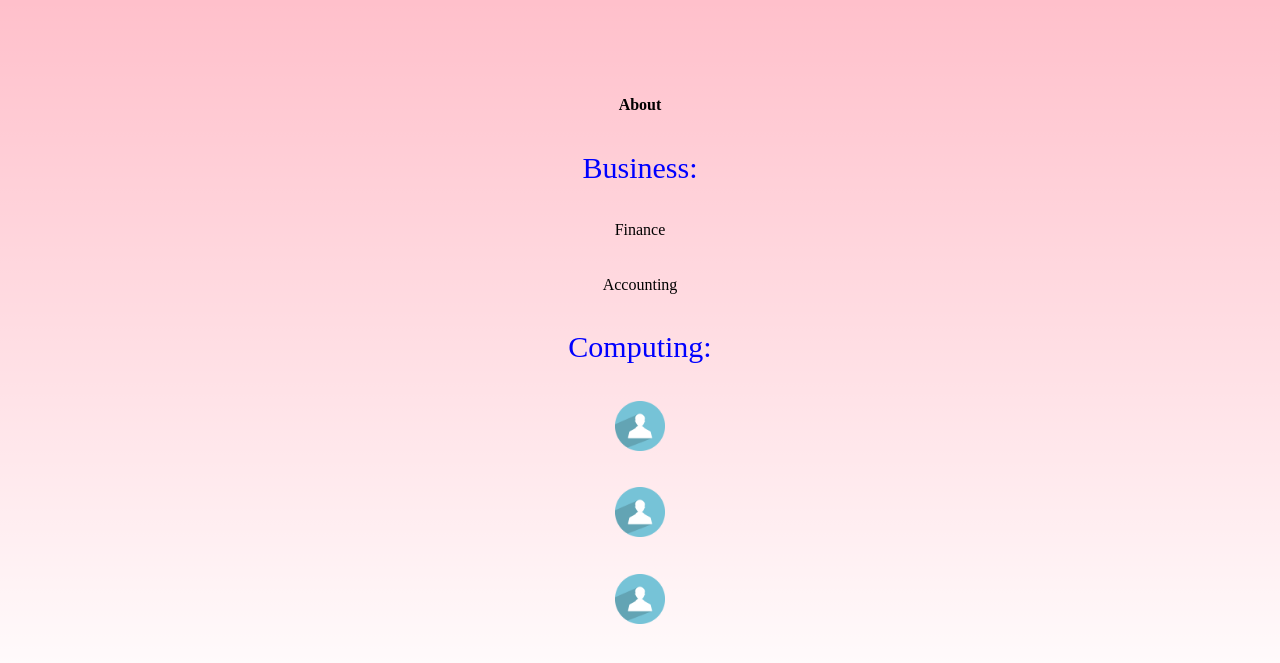
Repository: anoncoderin/madhu-assignment3
Page: /
The author's editor kept a copy of each file at every save. The page is drawn from the files as they stood at one save, then again after the next save.
The browser window is 1280 px wide. The pictures show the whole page.
The project was rebuilt for these pictures with package versions that can differ from the ones it lists, and the page was loaded fresh each time. The framework's server and built-in components were replaced by stand-ins that run in the browser. Also part of the build but not shown: next.config.js.

Above is the page before, as saved 2023-01-21 10:58:36.

### pages/index.js
import Head from 'next/head'
import Image from 'next/image'
import { Inter } from '@next/font/google'
import styles from '@/styles/Home.module.css'
import { useState } from 'react'
import data from '../data/education.json'
import Link from 'next/link'
import Card from '../components/Card'

export default function Home() {
  console.log(data);
  const [information, setInformation] = useState([...data])
  return (
    <>
      <Head>

      </Head>
      <main className={styles.main}>

        <p>
          <Link href="about"><b>About</b></Link>
        </p>

      <div className={styles.heading}>Business:</div>
      {
        information && information.map((info, index)=>{
          if(info.department === "Business"){
            return(
              <div key={index}> {info.degree}</div>
            )
          }
        })
      }
      <div className={styles.heading}>Computing:</div>
      {
        information && information.map((info, index)=>{
          if(info.department === "Computing"){
            return(
              <Card key={index} degree={info.degree}></Card>
            )
          }
        })
      }

      </main>
    </>
  )
}

### styles/globals.css
:root {
  --max-width: 1100px;
  --border-radius: 12px;
  --font-mono: ui-monospace, Menlo, Monaco, 'Cascadia Mono', 'Segoe UI Mono',
    'Roboto Mono', 'Oxygen Mono', 'Ubuntu Monospace', 'Source Code Pro',
    'Fira Mono', 'Droid Sans Mono', 'Courier New', monospace;

  --foreground-rgb: 0, 0, 0;
  --background-start-rgb: 255, 192, 203;
  --background-end-rgb: 255, 255, 255;

  --primary-glow: conic-gradient(
    from 180deg at 50% 50%,
    hsla(78, 61%, 87%, 0.2) 0deg,
    #0885ff33 55deg,
    #54d6ff33 120deg,
    #0071ff33 160deg,
    transparent 360deg
  );
  --secondary-glow: radial-gradient(
    rgba(255, 255, 255, 1),
    rgba(255, 255, 255, 0)
  );

  --tile-start-rgb: 239, 245, 249;
  --tile-end-rgb: 228, 232, 233;
  --tile-border: conic-gradient(
    #00000080,
    #00000040,
    #00000030,
    #00000020,
    #00000010,
    #00000010,
    #00000080
  );

  --callout-rgb: 238, 240, 241;
  --callout-border-rgb: 172, 175, 176;
  --card-rgb: 180, 185, 188;
  --card-border-rgb: 131, 134, 135;
}

@media (prefers-color-scheme: dark) {
  :root {
    --foreground-rgb: 255, 255, 255;
    --background-start-rgb: 0, 0, 0;
    --background-end-rgb: 0, 0, 0;

    --primary-glow: radial-gradient(rgba(1, 65, 255, 0.4), rgba(1, 65, 255, 0));
    --secondary-glow: linear-gradient(
      to bottom right,
      rgba(1, 65, 255, 0),
      rgba(1, 65, 255, 0),
      rgba(1, 65, 255, 0.3)
    );

    --tile-start-rgb: 2, 13, 46;
    --tile-end-rgb: 2, 5, 19;
    --tile-border: conic-gradient(
      #ffffff80,
      #ffffff40,
      #ffffff30,
      #ffffff20,
      #ffffff10,
      #ffffff10,
      #ffffff80
    );

    --callout-rgb: 20, 20, 20;
    --callout-border-rgb: 108, 108, 108;
    --card-rgb: 100, 100, 100;
    --card-border-rgb: 200, 200, 200;
  }
}

* {
  box-sizing: border-box;
  padding: 0;
  margin: 0;
}

html,
body {
  max-width: 100vw;
  overflow-x: hidden;
}

body {
  color: rgb(var(--foreground-rgb));
  background: linear-gradient(
      to bottom,
      transparent,
      rgb(var(--background-end-rgb))
    )
    rgb(var(--background-start-rgb));
}

a {
  color: inherit;
  text-decoration: none;
}

@media (prefers-color-scheme: dark) {
  html {
    color-scheme: dark;
  }
}

### styles/Home.module.css
.main {
  display: flex;
  flex-direction: column;
  justify-content: space-between;
  align-items: center;
  padding: 6rem;
  min-height: 100vh;
}

.heading{
  color: blue;
  font-size: 30px;
}

.degree{
  display: flex;
  flex-direction: column;

  gap: 5px;
}

.description {
  display: inherit;
  justify-content: inherit;
  align-items: inherit;
  font-size: 0.85rem;
  max-width: var(--max-width);
  width: 100%;
  z-index: 2;
  font-family: var(--font-mono);
}

.description a {
  display: flex;
  justify-content: center;
  align-items: center;
  gap: 0.5rem;
}

.description p {
  position: relative;
  margin: 0;
  padding: 1rem;
  background-color: rgba(var(--callout-rgb), 0.5);
  border: 1px solid rgba(var(--callout-border-rgb), 0.3);
  border-radius: var(--border-radius);
}

.code {
  font-weight: 700;
  font-family: var(--font-mono);
}

.grid {
  display: grid;
  grid-template-columns: repeat(4, minmax(25%, auto));
  width: var(--max-width);
  max-width: 100%;
}

.card {
  padding: 1rem 1.2rem;
  border-radius: var(--border-radius);
  background: rgba(var(--card-rgb), 0);
  border: 1px solid rgba(var(--card-border-rgb), 0);
  transition: background 200ms, border 200ms;
}

.card span {
  display: inline-block;
  transition: transform 200ms;
}

.card h2 {
  font-weight: 600;
  margin-bottom: 0.7rem;
}

.card p {
  margin: 0;
  opacity: 0.6;
  font-size: 0.9rem;
  line-height: 1.5;
  max-width: 30ch;
}

.center {
  display: flex;
  justify-content: center;
  align-items: center;
  position: relative;
  padding: 4rem 0;
}

.center::before {
  background: var(--secondary-glow);
  border-radius: 50%;
  width: 480px;
  height: 360px;
  margin-left: -400px;
}

.center::after {
  background: var(--primary-glow);
  width: 240px;
  height: 180px;
  z-index: -1;
}

.center::before,
.center::after {
  content: '';
  left: 50%;
  position: absolute;
  filter: blur(45px);
  transform: translateZ(0);
}

.logo,
.thirteen {
  position: relative;
}

.thirteen {
  display: flex;
  justify-content: center;
  align-items: center;
  width: 75px;
  height: 75px;
  padding: 25px 10px;
  margin-left: 16px;
  transform: translateZ(0);
  border-radius: var(--border-radius);
  overflow: hidden;
  box-shadow: 0px 2px 8px -1px #0000001a;
}

.thirteen::before,
.thirteen::after {
  content: '';
  position: absolute;
  z-index: -1;
}

/* Conic Gradient Animation */
.thirteen::before {
  animation: 6s rotate linear infinite;
  width: 200%;
  height: 200%;
  background: var(--tile-border);
}

/* Inner Square */
.thirteen::after {
  inset: 0;
  padding: 1px;
  border-radius: var(--border-radius);
  background: linear-gradient(
    to bottom right,
    rgba(var(--tile-start-rgb), 1),
    rgba(var(--tile-end-rgb), 1)
  );
  background-clip: content-box;
}

/* Enable hover only on non-touch devices */
@media (hover: hover) and (pointer: fine) {
  .card:hover {
    background: rgba(var(--card-rgb), 0.1);
    border: 1px solid rgba(var(--card-border-rgb), 0.15);
  }

  .card:hover span {
    transform: translateX(4px);
  }
}

@media (prefers-reduced-motion) {
  .thirteen::before {
    animation: none;
  }

  .card:hover span {
    transform: none;
  }
}

/* Mobile */
@media (max-width: 700px) {
  .content {
    padding: 4rem;
  }

  .grid {
    grid-template-columns: 1fr;
    margin-bottom: 120px;
    max-width: 320px;
    text-align: center;
  }

  .card {
    padding: 1rem 2.5rem;
  }

  .card h2 {
    margin-bottom: 0.5rem;
  }

  .center {
    padding: 8rem 0 6rem;
  }

  .center::before {
    transform: none;
    height: 300px;
  }

  .description {
    font-size: 0.8rem;
  }

  .description a {
    padding: 1rem;
  }

  .description p,
  .description div {
    display: flex;
    justify-content: center;
    position: fixed;
    width: 100%;
  }

  .description p {
    align-items: center;
    inset: 0 0 auto;
    padding: 2rem 1rem 1.4rem;
    border-radius: 0;
    border: none;
    border-bottom: 1px solid rgba(var(--callout-border-rgb), 0.25);
    background: linear-gradient(
      to bottom,
      rgba(var(--background-start-rgb), 1),
      rgba(var(--callout-rgb), 0.5)
    );
    background-clip: padding-box;
    backdrop-filter: blur(24px);
  }

  .description div {
    align-items: flex-end;
    pointer-events: none;
    inset: auto 0 0;
    padding: 2rem;
    height: 200px;
    background: linear-gradient(
      to bottom,
      transparent 0%,
      rgb(var(--background-end-rgb)) 40%
    );
    z-index: 1;
  }
}

/* Tablet and Smaller Desktop */
@media (min-width: 701px) and (max-width: 1120px) {
  .grid {
    grid-template-columns: repeat(2, 50%);
  }
}

@media (prefers-color-scheme: dark) {
  .vercelLogo {
    filter: invert(1);
  }

  .logo,
  .thirteen img {
    filter: invert(1) drop-shadow(0 0 0.3rem #ffffff70);
  }
}

@keyframes rotate {
  from {
    transform: rotate(360deg);
  }
  to {
    transform: rotate(0deg);
  }
}

### data/education.json
[
        {
            "studentNumber": "A0004567",
            "firstName": "Person 1",
            "gpa": 3.8,
            "department": "Business",
            "degree": "Finance",
            "graduted": 2014
        },
        {
            "studentNumber": "A0001234",
            "firstName": "Person 2",
            "gpa": 3.5,
            "department": "Business",
            "degree": "Accounting",
            "graduted": 2010
        },
        {
            "studentNumber": "A0007890",
            "firstName": "Person 3",
            "gpa": 3.2,
            "department": "Computing",
            "degree": "Applied Software Development Certificate",
            "graduted": 2018
        },
        {
            "studentNumber": "A0007828",
            "firstName": "Person 4",
            "gpa": 3.9,
            "department": "Computing",
            "degree": "Computer Systems Diploma",
            "graduted": 2021
        },
        {
            "studentNumber": "A0003425",
            "firstName": "Person 5",
            "gpa": 3.2,
            "department": "Computing",
            "degree": "Applied Computer Information Systems Certificate",
            "graduted": 2021
        }

]

### components/Card/index.js
export default function Card(
    {
        degree="none",
        color="purple",
        font=0,
        image='icon/personTwo.png'
    }
){
    return(
        <div style={{backgroundcolor:color, fontSize:font}}>
            <img src={'icon/person.png'} width="50px"></img>
           <p> {degree}
            {degree}</p>
        </div>
    )
}

Loaded but not shown: pages/_app.js (common file); pages/_document.js (common file)

After the next save:
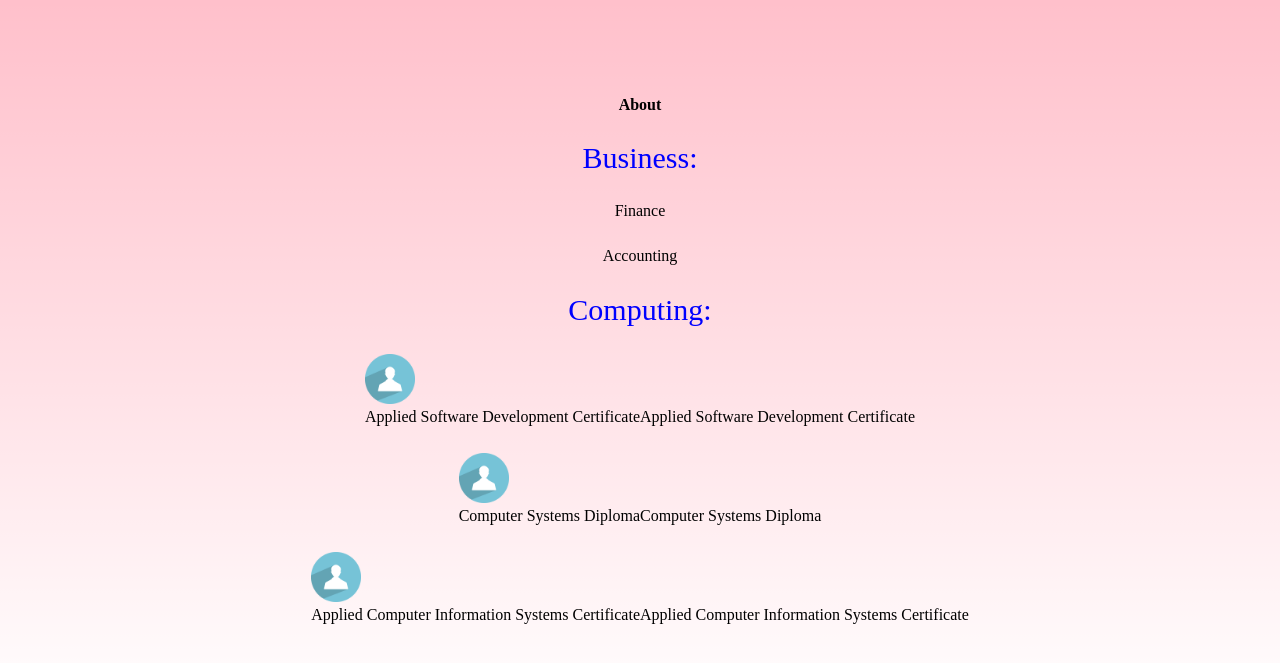
Saved 3 min 12 s later.
--- a/components/Card/index.js
+++ b/components/Card/index.js
@@ -7,7 +7,7 @@
     }
 ){
     return(
-        <div style={{backgroundcolor:color, fontSize:font}}>
+        <div classNamestyle={{backgroundcolor:color, fontSize:font}}>
             <img src={'icon/person.png'} width="50px"></img>
            <p> {degree}
             {degree}</p>

After the save that followed:
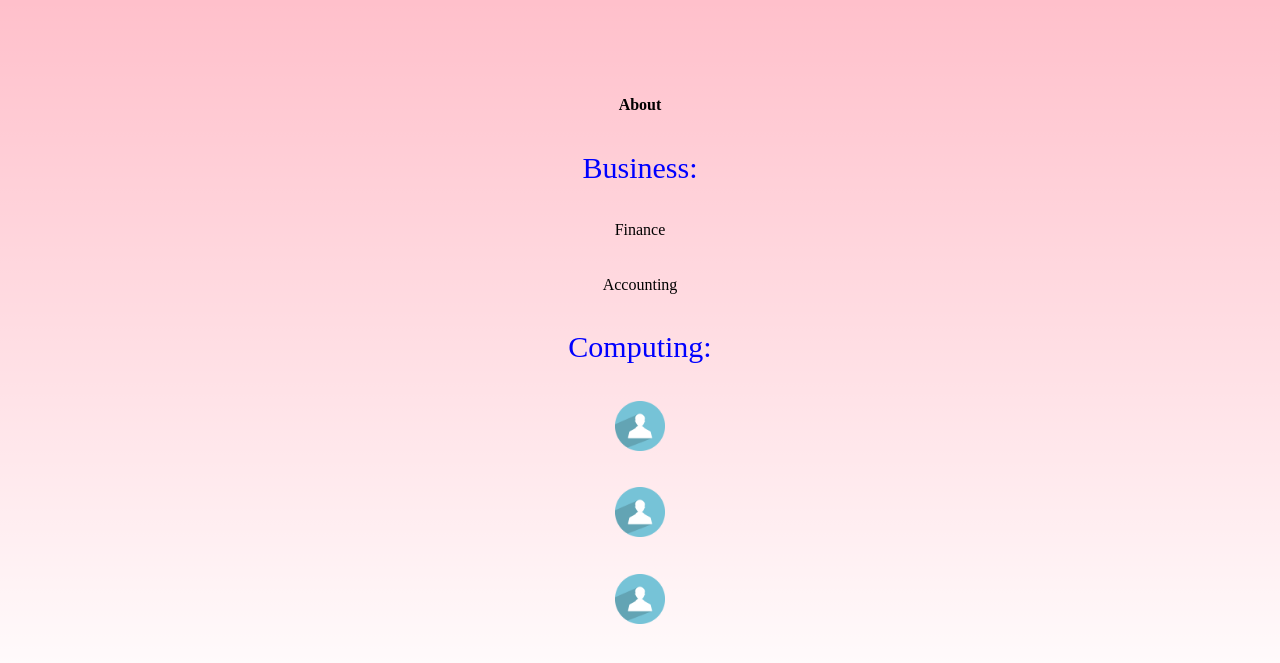
Saved 9 s later.
--- a/components/Card/index.js
+++ b/components/Card/index.js
@@ -7,7 +7,7 @@
     }
 ){
     return(
-        <div classNamestyle={{backgroundcolor:color, fontSize:font}}>
+        <div  style={{backgroundcolor:color, fontSize:font}}>
             <img src={'icon/person.png'} width="50px"></img>
            <p> {degree}
             {degree}</p>
